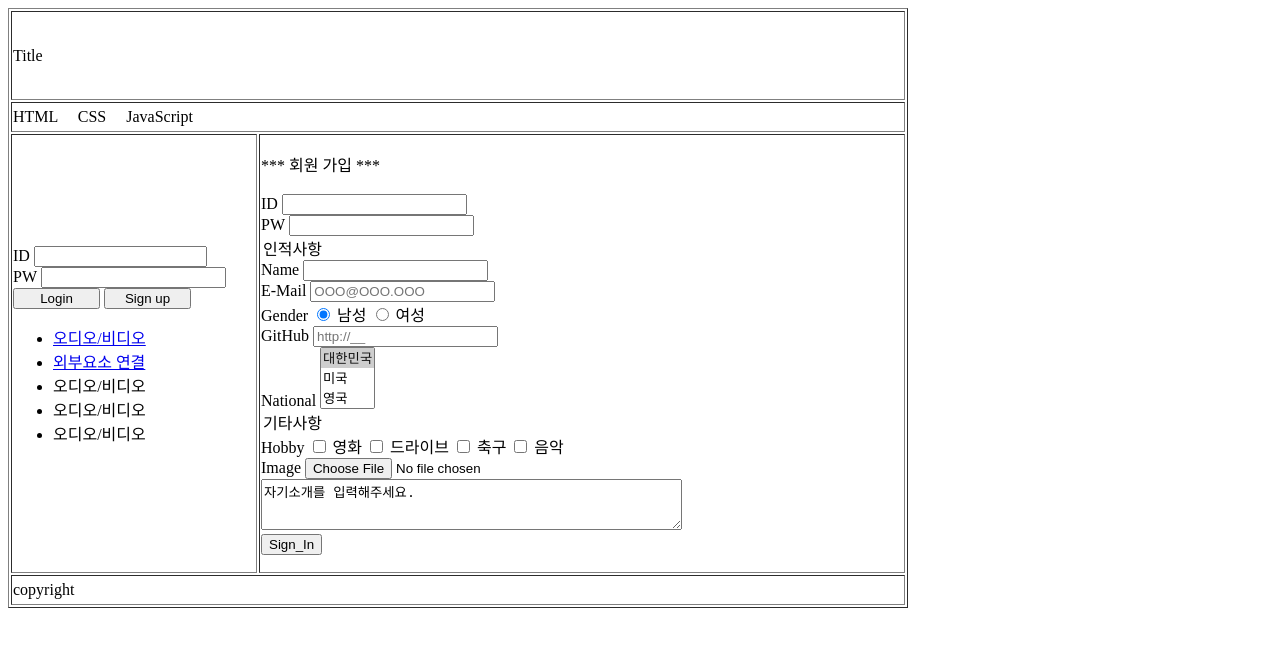
Repository: Hwangjiwon/MultiCampus
Page: http://localhost/2Study/jsp/member_insert.jsp
An editor plug-in stored every save of this project. The page is shown before and after the next save, followed by the edit.
The browser window is 1280 px wide. The pictures show the whole page.
The page is served by Tomcat 9. Other server files are loaded and not shown.

Above is the page before, as saved 2019-05-31 02:39:19.

### 2Study/WebContent/jsp/member_insert.jsp
<%@ page language="java" contentType="text/html; charset=UTF-8"
	pageEncoding="UTF-8"%>

<jsp:include page="header.jsp"></jsp:include>
<jsp:include page="side.jsp"></jsp:include>
<td>

	*** 회원 가입 *** <br> <br>

	<form action = "/2Study/Main?sign=member_insert" method="get">

		ID <input type = "text" name = "id" > <br>
		PW <input type = "text" name = "pw" > <br>
		<fildset>
			<legend>인적사항</legend>
		Name <input type = "text" name = "name"> <br>
		E-Mail <input type ="email" placeholder="OOO@OOO.OOO" /> <br>
		Gender <input type = "radio" name = gender" value = "male" checked /> 남성
			<input type = "radio" name = gender" value = "female" /> 여성 <br>
		GitHub <input type = "url" placeholder="http://__"/> <br>
		National <select name ="country" size="3">
					<option value = "Korea" selected> 대한민국 </option>
					<option value = "USA"> 미국 </option>
					<option value = "UK"> 영국 </option>
					<option value = "Japan"> 일본 </option>
					<option value = "China"> 중국 </option>
				</select> <br>
		</fildset>
		<fildset>
			<legend>기타사항</legend>
		Hobby <input type ="checkbox" name = "hobby" value = "movie" /> 영화
			<input type ="checkbox" name = "hobby" value = "drive" /> 드라이브
			<input type ="checkbox" name = "hobby" value = "soccer" /> 축구
			<input type ="checkbox" name = "hobby" value = "music" /> 음악 <br>
		Image <input type = "file" name = "filename" > <br>
		<textarea rows = "3" cols ="50" name ="memo">
자기소개를 입력해주세요.
		</textarea> <br>
		</fildset>
		<input type ="submit" value ="Sign_In">
	</form>
</td>
</tr>

<jsp:include page="copyright.jsp"></jsp:include>

### 2Study/WebContent/jsp/header.jsp
<%@ page language="java" contentType="text/html; charset=UTF-8"
	pageEncoding="UTF-8"%>
<!DOCTYPE html>
<html>
<head>
<meta charset="UTF-8">
<title>HOME</title>
</head>
<body>
	<table border="1" width="900" height="600">
		<tr height="15%">
			<td colspan="2">Title</td>
		</tr>
		<tr height="5%">
			<td colspan="2">HTML &nbsp;&nbsp;&nbsp; CSS &nbsp;&nbsp;&nbsp;
				JavaScript</td>
		</tr>

### 2Study/WebContent/jsp/side.jsp
<%@ page language="java" contentType="text/html; charset=UTF-8"
	pageEncoding="UTF-8"%>
<tr>
	<td width="20%">
		<!-- Java code가 들어갈 수 있는 부분 -->
		<%
			String username = (String)session.getAttribute("username");
			if(username != null) { //login_ok
		%>

			${username}님, 환영합니다.

		<form action="/2Study/Main?sign=logout" method="post">
			<input type="submit" value="Logout">
		</form>

		<%
			} else {
		%>
			<!-- 절대경로화 해서 서블릿으로 요청 보내기 -->
			<form style="width: 242px;" method="post" action="/2Study/Main?sign=login">
				ID <input name="id" style="width: 165px;"><br>
				PW <input name="pw" type="password"><br>
					<input type="submit" value="Login" style="width: 87px;">
					<a href = "/2Study/jsp/member_insert.jsp">
						<input type="button" value="Sign up" style="width: 87px;">
					</a>
			</form>

		<%
			}
		%>

		<ul>
			<!-- Context명부터 써줘서 절대경로화! /프로젝트명/... -->
			<li><a href="/2Study/jsp/audio_video.jsp">오디오/비디오</a></li>
			<li><a href="/2Study/jsp/iframe.jsp">외부요소 연결</a></li>
			<li>오디오/비디오</li>
			<li>오디오/비디오</li>
			<li>오디오/비디오</li>
		</ul>
	</td>

### 2Study/WebContent/jsp/copyright.jsp
<%@ page language="java" contentType="text/html; charset=UTF-8"
	pageEncoding="UTF-8"%>

<tr height="5%">
	<td colspan="2">copyright</td>
</tr>
</table>

</body>
</html>

After the next save:
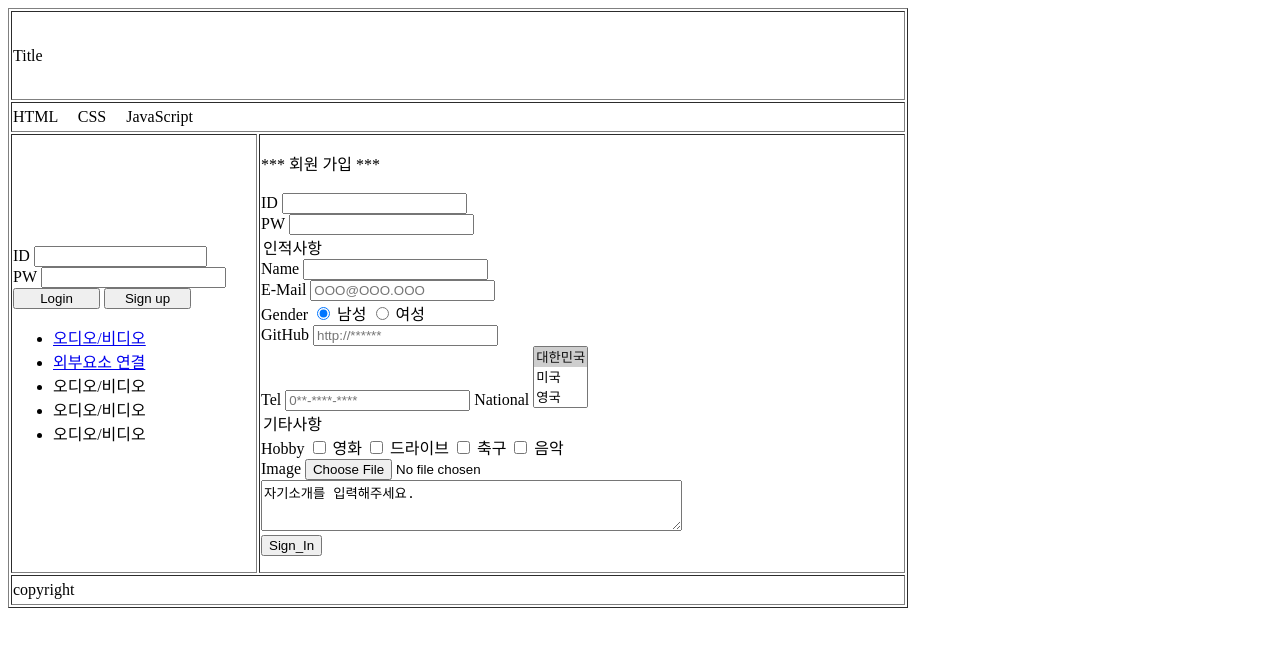
Saved 113 s later.
--- a/2Study/WebContent/jsp/member_insert.jsp
+++ b/2Study/WebContent/jsp/member_insert.jsp
@@ -17,7 +17,8 @@
 		E-Mail <input type ="email" placeholder="OOO@OOO.OOO" /> <br>
 		Gender <input type = "radio" name = gender" value = "male" checked /> 남성
 			<input type = "radio" name = gender" value = "female" /> 여성 <br>
-		GitHub <input type = "url" placeholder="http://__"/> <br>
+		GitHub <input type = "url" placeholder="http://******"/> <br>
+		Tel <input type ="tel" pattern ="[0-9]{2,3}-[0-9]{3,4}-[0-9]{4}" placeholder ="0**-****-****"/>
 		National <select name ="country" size="3">
 					<option value = "Korea" selected> 대한민국 </option>
 					<option value = "USA"> 미국 </option>
